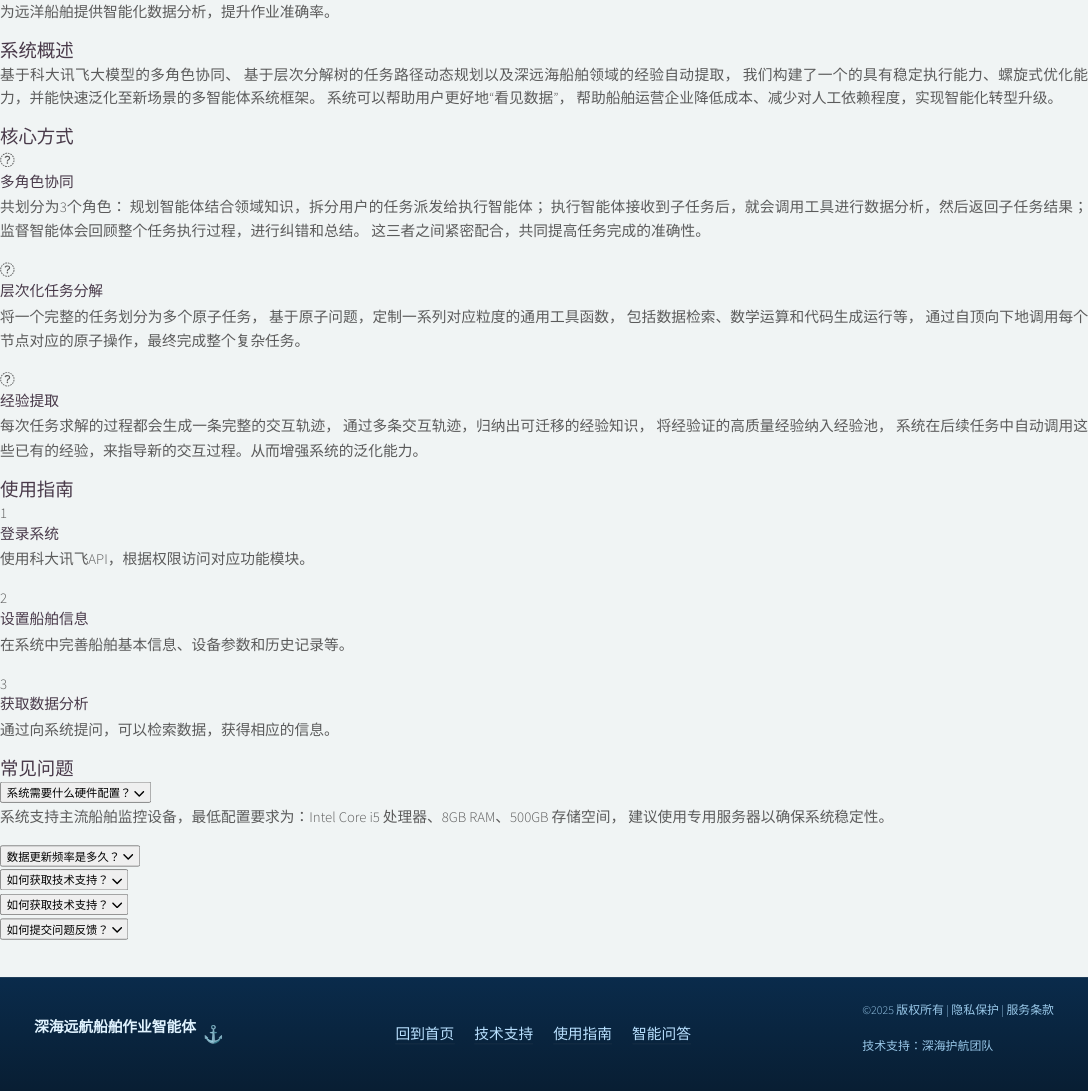
Repository: ShiCheng0104/AIC
Page: QingJing-agent/前端/深海远航船舶作业智能体/About.html
The author's editor kept a copy of each file at every save. The page is drawn from the files as they stood at one save, then again after the next save.
The browser window is 1280 px wide. The pictures show the part of the page from y = 217 to 1500 px (the page is 1500 px tall before and 1311 px after), at 85% of full size.
Backgrounds fixed to the window are drawn as part of the page.

Above is the page before, as saved 2025-07-03 14:15:16.

### QingJing-agent/前端/深海远航船舶作业智能体/About.html
<!DOCTYPE HTML>
<!--
	Helios 1.5 by HTML5 UP
	html5up.net | @n33co
	Free for personal and commercial use under the CCA 3.0 license (html5up.net/license)
-->
<html>
	<head>
		<title>Right Sidebar - Helios by HTML5 UP</title>
		<meta http-equiv="content-type" content="text/html; charset=utf-8" />
		<meta name="description" content="" />
		<meta name="keywords" content="" />
		<link href="http://fonts.googleapis.com/css?family=Source+Sans+Pro:300,400,600" rel="stylesheet" type="text/css" />
		<!--[if lte IE 8]><script src="js/html5shiv.js"></script><![endif]-->
		<script src="js/jquery.min.js"></script>
		<script src="js/jquery.dropotron.min.js"></script>
		<script src="js/skel.min.js"></script>
		<script src="js/skel-panels.min.js"></script>
		<script src="js/init.js"></script>
		<noscript>
			<link rel="stylesheet" href="css/skel-noscript.css" />
			<link rel="stylesheet" href="css/style.css" />
			<link rel="stylesheet" href="css/style-desktop.css" />
			<link rel="stylesheet" href="css/style-noscript.css" />
		</noscript>
		<!--[if lte IE 8]><link rel="stylesheet" href="css/ie8.css" /><![endif]-->
	</head>
	<body class="right-sidebar">

		<!-- Header -->
			<div id="header">

				<!-- Inner -->
					<div class="inner">
						<header>
							<h1><a href="#" id="logo">深海远航船舶作业智能体</a></h1>
						</header>
					</div>

				<!-- Nav -->
					<nav id="nav">
						<ul>
							<li><a href="index.html">Home</a></li>

							<li><a href="Our_Team.html">Our Team</a></li>
							<li><a href="About.html">About</a></li>
							<li><a href="interaction.html">Q&A</a></li>
						</ul>
					</nav>

			</div>

		<!-- Main -->
		<main class="flex-1 container mx-auto px-4 py-6">
			<div
				class="max-w-4xl mx-auto bg-white rounded-2xl shadow-soft overflow-hidden flex flex-col transform transition-all duration-300 hover:shadow-hover">
				<!-- 关于页面头部 -->
				<div class="p-6 bg-gradient-primary text-white">

					<p class="mt-2 text-primary-100 opacity-90">
						为远洋船舶提供智能化数据分析，提升作业准确率。
					</p>
				</div>

				<!-- 系统介绍 -->
				<div class="p-6 border-b border-gray-100">
					<h3 class="text-xl font-semibold text-dark mb-4">系统概述</h3>
					<p class="text-gray-600 leading-relaxed">
						基于科大讯飞大模型的多角色协同、
						基于层次分解树的任务路径动态规划以及深远海船舶领域的经验自动提取，
						我们构建了一个的具有稳定执行能力、螺旋式优化能力，并能快速泛化至新场景的多智能体系统框架。
						系统可以帮助用户更好地“看见数据”，
						帮助船舶运营企业降低成本、减少对人工依赖程度，实现智能化转型升级。
					</p>
				</div>

				<!-- 功能亮点 -->
				<div class="p-6 border-b border-gray-100">
					<h3 class="text-xl font-semibold text-dark mb-6">核心方式</h3>

					<div class="grid grid-cols-1 md:grid-cols-2 gap-6">
						<!-- 功能卡片 1 -->
						<div
							class="bg-white rounded-xl shadow-message border border-neutralDark p-5 hover:shadow-hover transition-all duration-300 transform hover:-translate-y-1">
							<div class="bg-primary/10 w-12 h-12 rounded-full flex items-center justify-center mb-4">
								<i class="fa fa-bell-o text-primary text-xl"></i>
							</div>
							<h4 class="text-lg font-semibold text-dark">多角色协同</h4>
							<p class="text-gray-600 mt-2">
								共划分为3个角色：
								规划智能体结合领域知识，拆分用户的任务派发给执行智能体；
								执行智能体接收到子任务后，就会调用工具进行数据分析，然后返回子任务结果；
								监督智能体会回顾整个任务执行过程，进行纠错和总结。

								这三者之间紧密配合，共同提高任务完成的准确性。

							</p>
						</div>

						<!-- 功能卡片 2 -->
						<div
							class="bg-white rounded-xl shadow-message border border-neutralDark p-5 hover:shadow-hover transition-all duration-300 transform hover:-translate-y-1">
							<div class="bg-primary/10 w-12 h-12 rounded-full flex items-center justify-center mb-4">
								<i class="fa fa-bell-o text-primary text-xl"></i>
							</div>
							<h4 class="text-lg font-semibold text-dark">层次化任务分解</h4>
							<p class="text-gray-600 mt-2">
								将一个完整的任务划分为多个原子任务，
								基于原子问题，定制一系列对应粒度的通用工具函数，
								包括数据检索、数学运算和代码生成运行等，
								通过自顶向下地调用每个节点对应的原子操作，最终完成整个复杂任务。
							</p>
						</div>

						<!-- 功能卡片 3 -->
						<div
							class="bg-white rounded-xl shadow-message border border-neutralDark p-5 hover:shadow-hover transition-all duration-300 transform hover:-translate-y-1">
							<div class="bg-primary/10 w-12 h-12 rounded-full flex items-center justify-center mb-4">
								<i class="fa fa-bell-o text-primary text-xl"></i>
							</div>
							<h4 class="text-lg font-semibold text-dark">经验提取</h4>
							<p class="text-gray-600 mt-2">
								每次任务求解的过程都会生成一条完整的交互轨迹，
								通过多条交互轨迹，归纳出可迁移的经验知识，
								将经验证的高质量经验纳入经验池，
								系统在后续任务中自动调用这些已有的经验，来指导新的交互过程。从而增强系统的泛化能力。
							</p>
						</div>


					</div>
				</div>

				<!-- 使用指南 -->
				<div class="p-6 border-b border-gray-100">
					<h3 class="text-xl font-semibold text-dark mb-6">使用指南</h3>

					<div class="space-y-6">
						<!-- 步骤 1 -->
						<div class="flex">
							<div
								class="bg-primary text-white w-8 h-8 rounded-full flex items-center justify-center flex-shrink-0 mr-4">
								1</div>
							<div>
								<h4 class="text-lg font-semibold text-dark">登录系统</h4>
								<p class="text-gray-600 mt-1">
									使用科大讯飞API，根据权限访问对应功能模块。
								</p>
							</div>
						</div>

						<!-- 步骤 2 -->
						<div class="flex">
							<div
								class="bg-primary text-white w-8 h-8 rounded-full flex items-center justify-center flex-shrink-0 mr-4">
								2</div>
							<div>
								<h4 class="text-lg font-semibold text-dark">设置船舶信息</h4>
								<p class="text-gray-600 mt-1">
									在系统中完善船舶基本信息、设备参数和历史记录等。
								</p>
							</div>
						</div>

						<!-- 步骤 3 -->
						<div class="flex">
							<div
								class="bg-primary text-white w-8 h-8 rounded-full flex items-center justify-center flex-shrink-0 mr-4">
								3</div>
							<div>
								<h4 class="text-lg font-semibold text-dark">获取数据分析</h4>
								<p class="text-gray-600 mt-1">
									通过向系统提问，可以检索数据，获得相应的信息。
								</p>
							</div>
						</div>


					</div>
				</div>

				<!-- 常见问题 -->
				<div class="p-6">
					<h3 class="text-xl font-semibold text-dark mb-6">常见问题</h3>

					<div class="space-y-4">
						<!-- FAQ 项目 1 -->
						<div class="border border-neutralDark rounded-lg overflow-hidden">
							<button
								class="w-full px-6 py-4 text-left font-medium text-dark flex justify-between items-center hover:bg-gray-50 transition-colors">
								<span>系统需要什么硬件配置？</span>
								<i class="fa fa-chevron-down text-gray-400 transition-transform"></i>
							</button>
							<div class="px-6 py-4 bg-gray-50 border-t border-neutralDark">
								<p class="text-gray-600">
									系统支持主流船舶监控设备，最低配置要求为：Intel Core i5 处理器、8GB RAM、500GB 存储空间，
									建议使用专用服务器以确保系统稳定性。
								</p>
							</div>
						</div>

						<!-- FAQ 项目 2 -->
						<div class="border border-neutralDark rounded-lg overflow-hidden">
							<button
								class="w-full px-6 py-4 text-left font-medium text-dark flex justify-between items-center hover:bg-gray-50 transition-colors">
								<span>数据更新频率是多久？</span>
								<i class="fa fa-chevron-down text-gray-400 transition-transform"></i>
							</button>
							<div class="px-6 py-4 bg-gray-50 border-t border-neutralDark hidden">
								<p class="text-gray-600">
									气象数据每 15 分钟更新一次，船舶状态数据实时更新，
									分析报告在每次航行结束后自动生成。
								</p>
							</div>
						</div>

						<!-- FAQ 项目：点击按钮展开多条内容 -->
						<div class="border border-neutralDark rounded-lg overflow-hidden">
							<!-- 触发按钮 -->
							<button
								class="w-full px-6 py-4 text-left font-medium text-dark flex justify-between items-center hover:bg-gray-50 transition-colors"
								onclick="toggleContent(this)">
								<span>如何获取技术支持？</span>
								<!-- 箭头图标，点击时会旋转（可选） -->
								<i class="fa fa-chevron-down text-gray-400 transition-transform"></i>
							</button>

							<!-- 多条内容展开示例 -->
							<div class="border border-neutralDark rounded-lg overflow-hidden max-w-xl mx-auto my-8">
								<button
									class="w-full px-6 py-4 text-left font-medium text-dark flex justify-between items-center hover:bg-gray-50 transition-colors"
									onclick="toggleContent(this)">
									<span>如何获取技术支持？</span>
									<i class="fa fa-chevron-down text-gray-400 transition-transform"></i>
								</button>

								<div class="px-6 py-4 bg-gray-50 border-t border-neutralDark hidden" id="contentList">
									<div class="mb-4">
										<p class="text-gray-600">
											方式 1：系统内在线客服 → 登录后右侧悬浮入口，实时对话。
										</p>
									</div>
									<div class="mb-4">
										<p class="text-gray-600">
											方式 2：客服热线 <strong>400-123-4567</strong> → 7×24 小时人工响应。
										</p>
									</div>
									<div>
										<p class="text-gray-600">
											方式 3：邮件 <a href="mailto:support@shipai.com" class="text-blue-500">support@shipai.com</a> → 2 小时内回复。
										</p>
									</div>
								</div>
							</div>

							<!-- 另一个独立模块示例 -->
							<div class="border border-neutralDark rounded-lg overflow-hidden max-w-xl mx-auto my-8">
								<button
									class="w-full px-6 py-4 text-left font-medium text-dark flex justify-between items-center hover:bg-gray-50 transition-colors"
									onclick="toggleContent(this)">
									<span>如何提交问题反馈？</span>
									<i class="fa fa-chevron-down text-gray-400 transition-transform"></i>
								</button>

								<div class="px-6 py-4 bg-gray-50 border-t border-neutralDark hidden" id="contentList2">
									<div class="mb-4">
										<p class="text-gray-600">
											路径 1：个人中心 → 问题反馈入口 → 填写表单提交。
										</p>
									</div>
									<div>
										<p class="text-gray-600">
											路径 2：发送邮件至 <a href="mailto:feedback@shipai.com" class="text-blue-500">feedback@shipai.com</a> → 备注问题详情。
										</p>
									</div>
								</div>
							</div>

							<script>
								function toggleContent(button) {
									const contentDiv = button.nextElementSibling;
									const icon = button.querySelector('i');
									contentDiv.classList.toggle('hidden');
									icon.classList.toggle('rotate');
								}
							</script>

							<!-- 引入 FontAwesome 图标（如果需要箭头） -->
							<script src="https://cdnjs.cloudflare.com/ajax/libs/font-awesome/6.0.0-beta3/js/all.min.js"></script>
						</div>
					</div>
				</div>
				</div>
				</main>



		<!--footer-->
		<footer>
			<div class="footer-container">
				<!-- 品牌+场景符号 -->
				<div class="footer-brand">
					<p>深海远航船舶作业智能体</p>
					<span class="ship-icon">⚓</span> <!-- 船舶锚点符号，或替换成简约船舶SVG -->
				</div>
				<!-- 实用链接区 -->
				<div class="footer-links">
					<a href="index.html">回到首页</a>
					<a href="Our_Team.html">技术支持</a>
					<a href="About.html">使用指南</a>
					<a href="interaction.html">智能问答</a>
				</div>
				<!-- 合规信息 -->
				<div class="footer-legal">
					<p>©2025 版权所有 | 隐私保护 | 服务条款</p>
					<p>技术支持：深海护航团队</p>
				</div>
			</div>
		</footer>

		<style>
			footer {
				background: linear-gradient(to bottom, #0a2b4b, #081e33);
				/* 深海渐变，强化场景 */
				color: #e0f3ff;
				padding: 24px;
			}

			.footer-container {
				max-width: 1200px;
				margin: 0 auto;
				display: flex;
				flex-wrap: wrap;
				justify-content: space-between;
				align-items: center;
			}

			.footer-brand {
				display: flex;
				align-items: center;
				gap: 8px;
				font-weight: bold;
			}

			.ship-icon {
				font-size: 20px;
				color: #6ccfff;
			}

			.footer-links a {
				color: #b9e1ff;
				margin: 0 10px;
				text-decoration: none;
				transition: color 0.3s;
			}

			.footer-links a:hover {
				color: #6ccfff;
			}

			.footer-legal {
				font-size: 14px;
				color: #99c8e9;
			}
		</style>

	</body>
</html>

### QingJing-agent/前端/深海远航船舶作业智能体/css/style-wide.css
/*
	Helios 1.5 by HTML5 UP
	html5up.net | @n33co
	Free for personal and commercial use under the CCA 3.0 license (html5up.net/license)
*/

/*********************************************************************************/
/* Basic                                                                         */
/*********************************************************************************/

	body,input,textarea,select
	{
		font-size: 14pt;
		line-height: 1.75em;
	}

/*********************************************************************************/
/* Carousel                                                                      */
/*********************************************************************************/

	.carousel
	{
		padding: 1.5em 0 1.5em 0;
	}

		.carousel .reel
		{
			padding: 0 1.5em 0 1.5em;
		}

		.carousel article
		{
			width: 18em;
			margin: 0 1.25em 0 0;
		}

### QingJing-agent/前端/深海远航船舶作业智能体/css/style-normal.css
/*
	Helios 1.5 by HTML5 UP
	html5up.net | @n33co
	Free for personal and commercial use under the CCA 3.0 license (html5up.net/license)
*/

/*********************************************************************************/
/* Wrapper                                                                       */
/*********************************************************************************/

	.wrapper
	{
		padding-left: 2em;
		padding-right: 2em;
	}

/*********************************************************************************/
/* Header                                                                        */
/*********************************************************************************/

	#header
	{
	}

		#header .inner
		{
			padding-left: 2em;
			padding-right: 2em;
		}

/*********************************************************************************/
/* Banner                                                                        */
/*********************************************************************************/

	#banner
	{
		padding-left: 2em;
		padding-right: 2em;
	}

/*********************************************************************************/
/* Footer                                                                        */
/*********************************************************************************/

	#footer
	{
		padding-left: 2em;
		padding-right: 2em;
	}

### QingJing-agent/前端/深海远航船舶作业智能体/css/style-narrow.css
/*
	Helios 1.5 by HTML5 UP
	html5up.net | @n33co
	Free for personal and commercial use under the CCA 3.0 license (html5up.net/license)
*/

### QingJing-agent/前端/深海远航船舶作业智能体/css/style-narrower.css
/*
	Helios 1.5 by HTML5 UP
	html5up.net | @n33co
	Free for personal and commercial use under the CCA 3.0 license (html5up.net/license)
*/

/*********************************************************************************/
/* Basic                                                                         */
/*********************************************************************************/

	body,input,textarea,select
	{
		font-size: 13pt;
		line-height: 1.65em;
	}

	.tweet
	{
		text-align: center;
	}

	.timestamp
	{
		display: block;
		text-align: center;
	}

/*********************************************************************************/
/* Footer                                                                        */
/*********************************************************************************/

	#footer
	{
		padding: 4em 2em 4em 2em;
	}

/*********************************************************************************/
/* Carousel                                                                      */
/*********************************************************************************/

	.carousel
	{
		padding: 1.25em 0 1.25em 0;
	}

		.carousel article
		{
			width: 18em;
			margin: 0 1em 0 0;
		}

Loaded but not shown: QingJing-agent/前端/深海远航船舶作业智能体/js/jquery.min.js (library); QingJing-agent/前端/深海远航船舶作业智能体/js/jquery.dropotron.min.js (library); QingJing-agent/前端/深海远航船舶作业智能体/js/skel.min.js (library); QingJing-agent/前端/深海远航船舶作业智能体/js/skel-panels.min.js (library); QingJing-agent/前端/深海远航船舶作业智能体/js/init.js (385 lines, source omitted); QingJing-agent/前端/深海远航船舶作业智能体/css/style.css (1600 lines, source omitted)

After the next save:
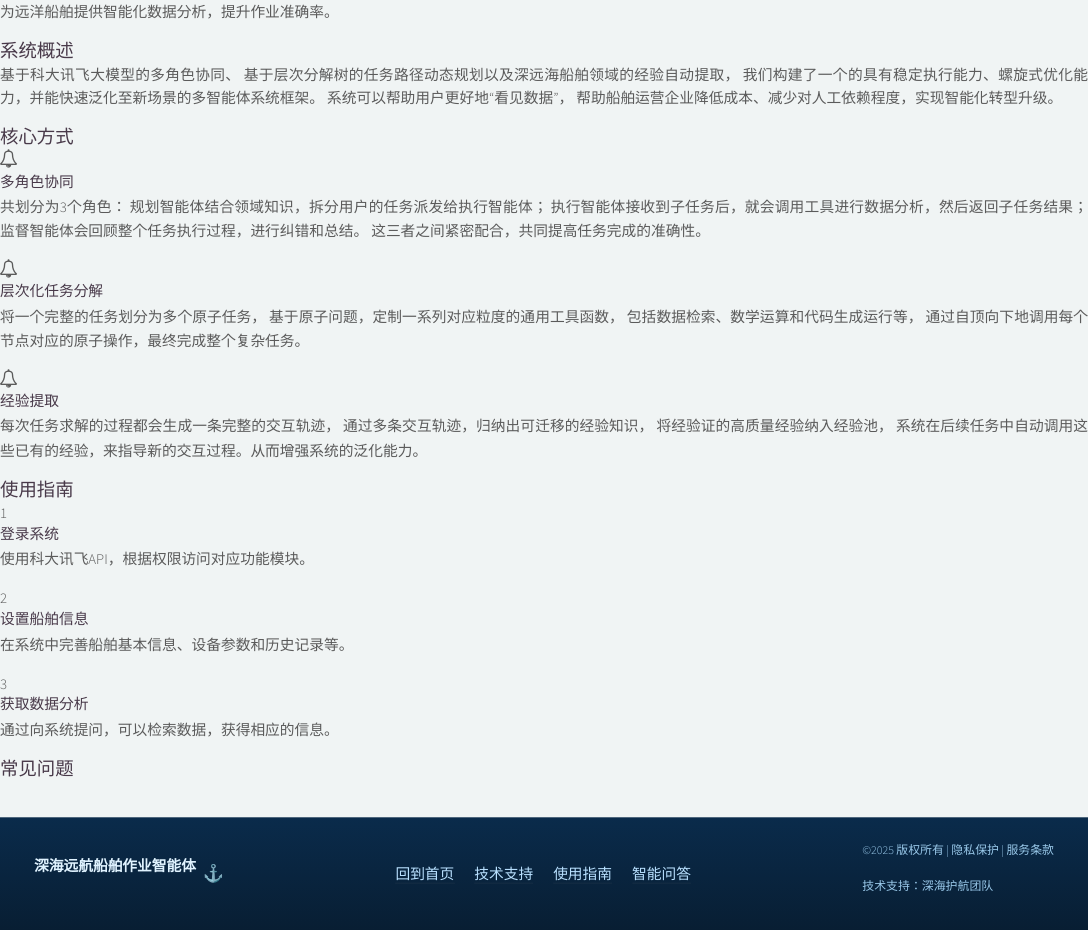
Saved 41 s later.
--- a/QingJing-agent/前端/深海远航船舶作业智能体/About.html
+++ b/QingJing-agent/前端/深海远航船舶作业智能体/About.html
@@ -184,112 +184,7 @@
 					<h3 class="text-xl font-semibold text-dark mb-6">常见问题</h3>
 
 					<div class="space-y-4">
-						<!-- FAQ 项目 1 -->
-						<div class="border border-neutralDark rounded-lg overflow-hidden">
-							<button
-								class="w-full px-6 py-4 text-left font-medium text-dark flex justify-between items-center hover:bg-gray-50 transition-colors">
-								<span>系统需要什么硬件配置？</span>
-								<i class="fa fa-chevron-down text-gray-400 transition-transform"></i>
-							</button>
-							<div class="px-6 py-4 bg-gray-50 border-t border-neutralDark">
-								<p class="text-gray-600">
-									系统支持主流船舶监控设备，最低配置要求为：Intel Core i5 处理器、8GB RAM、500GB 存储空间，
-									建议使用专用服务器以确保系统稳定性。
-								</p>
-							</div>
-						</div>
-
-						<!-- FAQ 项目 2 -->
-						<div class="border border-neutralDark rounded-lg overflow-hidden">
-							<button
-								class="w-full px-6 py-4 text-left font-medium text-dark flex justify-between items-center hover:bg-gray-50 transition-colors">
-								<span>数据更新频率是多久？</span>
-								<i class="fa fa-chevron-down text-gray-400 transition-transform"></i>
-							</button>
-							<div class="px-6 py-4 bg-gray-50 border-t border-neutralDark hidden">
-								<p class="text-gray-600">
-									气象数据每 15 分钟更新一次，船舶状态数据实时更新，
-									分析报告在每次航行结束后自动生成。
-								</p>
-							</div>
-						</div>
-
-						<!-- FAQ 项目：点击按钮展开多条内容 -->
-						<div class="border border-neutralDark rounded-lg overflow-hidden">
-							<!-- 触发按钮 -->
-							<button
-								class="w-full px-6 py-4 text-left font-medium text-dark flex justify-between items-center hover:bg-gray-50 transition-colors"
-								onclick="toggleContent(this)">
-								<span>如何获取技术支持？</span>
-								<!-- 箭头图标，点击时会旋转（可选） -->
-								<i class="fa fa-chevron-down text-gray-400 transition-transform"></i>
-							</button>
-
-							<!-- 多条内容展开示例 -->
-							<div class="border border-neutralDark rounded-lg overflow-hidden max-w-xl mx-auto my-8">
-								<button
-									class="w-full px-6 py-4 text-left font-medium text-dark flex justify-between items-center hover:bg-gray-50 transition-colors"
-									onclick="toggleContent(this)">
-									<span>如何获取技术支持？</span>
-									<i class="fa fa-chevron-down text-gray-400 transition-transform"></i>
-								</button>
-
-								<div class="px-6 py-4 bg-gray-50 border-t border-neutralDark hidden" id="contentList">
-									<div class="mb-4">
-										<p class="text-gray-600">
-											方式 1：系统内在线客服 → 登录后右侧悬浮入口，实时对话。
-										</p>
-									</div>
-									<div class="mb-4">
-										<p class="text-gray-600">
-											方式 2：客服热线 <strong>400-123-4567</strong> → 7×24 小时人工响应。
-										</p>
-									</div>
-									<div>
-										<p class="text-gray-600">
-											方式 3：邮件 <a href="mailto:support@shipai.com" class="text-blue-500">support@shipai.com</a> → 2 小时内回复。
-										</p>
-									</div>
-								</div>
-							</div>
-
-							<!-- 另一个独立模块示例 -->
-							<div class="border border-neutralDark rounded-lg overflow-hidden max-w-xl mx-auto my-8">
-								<button
-									class="w-full px-6 py-4 text-left font-medium text-dark flex justify-between items-center hover:bg-gray-50 transition-colors"
-									onclick="toggleContent(this)">
-									<span>如何提交问题反馈？</span>
-									<i class="fa fa-chevron-down text-gray-400 transition-transform"></i>
-								</button>
-
-								<div class="px-6 py-4 bg-gray-50 border-t border-neutralDark hidden" id="contentList2">
-									<div class="mb-4">
-										<p class="text-gray-600">
-											路径 1：个人中心 → 问题反馈入口 → 填写表单提交。
-										</p>
-									</div>
-									<div>
-										<p class="text-gray-600">
-											路径 2：发送邮件至 <a href="mailto:feedback@shipai.com" class="text-blue-500">feedback@shipai.com</a> → 备注问题详情。
-										</p>
-									</div>
-								</div>
-							</div>
-
-							<script>
-								function toggleContent(button) {
-									const contentDiv = button.nextElementSibling;
-									const icon = button.querySelector('i');
-									contentDiv.classList.toggle('hidden');
-									icon.classList.toggle('rotate');
-								}
-							</script>
-
-							<!-- 引入 FontAwesome 图标（如果需要箭头） -->
-							<script src="https://cdnjs.cloudflare.com/ajax/libs/font-awesome/6.0.0-beta3/js/all.min.js"></script>
-						</div>
-					</div>
-				</div>
+
 				</div>
 				</main>
 
